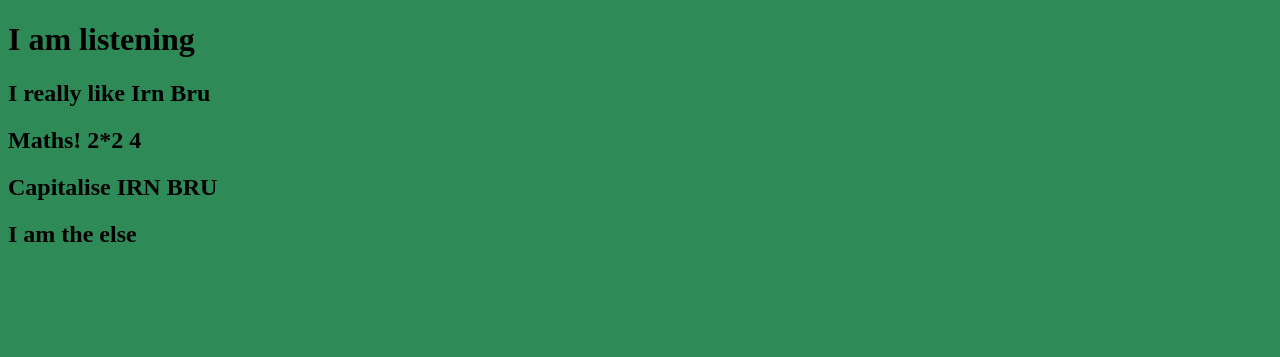
Repository: sinemgcmn/ImageBoard
Page: public/index.html
These files come from the project's save history. The page is drawn as it stood at one moment and after the next save; the edit follows.
The browser window is 1280 px wide. The pictures show the whole page.

Above is the page before, as saved 2021-02-25 15:31:48.

After the next save:
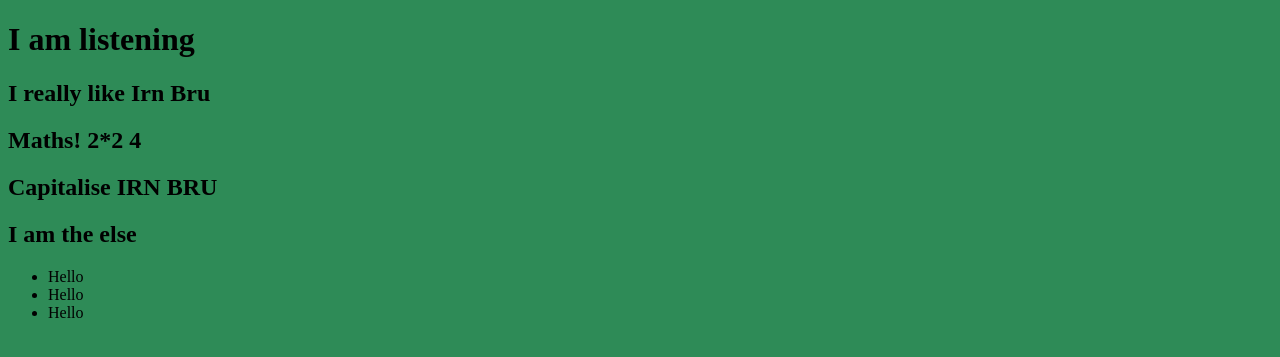
Saved 23 s later.
--- a/public/js/script.js
+++ b/public/js/script.js
@@ -5,5 +5,22 @@
     data: {
         name: "Irn Bru",
         seen: false,
+        cities: [
+            {
+                id: 1,
+                name: "Berlin",
+                country: "Germany",
+            },
+            {
+                id: 2,
+                name: "Amsterdam",
+                country: "Netherland",
+            },
+            {
+                id: 3,
+                name: "Venice",
+                country: "Italy",
+            },
+        ],
     },
 });
